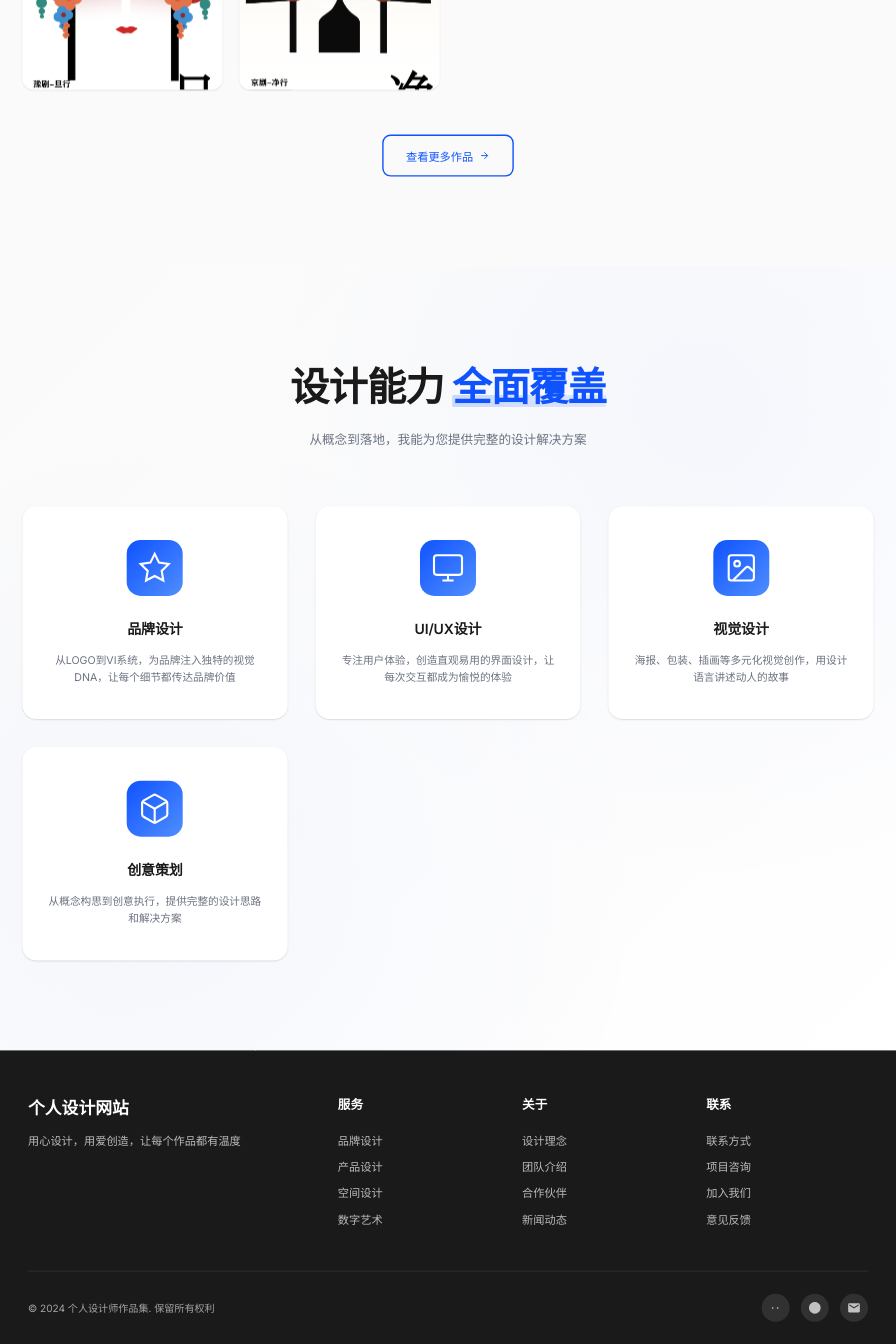
Repository: Nanzhexi/zhexi.github.io
Page: index.html
These files come from the project's save history. The page is drawn as it stood at one moment and after the next save; the edit follows.
The browser window is 1280 px wide. The pictures show the part of the page from y = 1866 to 3786 px (the page is 3786 px tall), at 70% of full size.

Above is the page before, as saved 2025-07-03 04:00:59.

### index.html
<!DOCTYPE html>
<html lang="zh-CN">
<head>
    <meta charset="UTF-8">
    <meta name="viewport" content="width=device-width, initial-scale=1.0">
    <title>个人设计师作品集</title>
    <link rel="stylesheet" href="./css/index.css">
    <link rel="preconnect" href="https://fonts.googleapis.com">
    <link rel="preconnect" href="https://fonts.gstatic.com" crossorigin>
    <link href="https://fonts.googleapis.com/css2?family=Inter:wght@300;400;500;600;700&display=swap" rel="stylesheet">
</head>

<body>
    <nav class="navbar">
        <div class="nav-brand">个人设计网站</div>
        <div class="nav-links">
            <a href="index.html" class="nav-link active">首页</a>
            <a href="portfolio.html" class="nav-link">作品</a>
            <a href="about.html" class="nav-link">关于我们</a>
        </div>
    </nav>

    <main id="hero" class="hero">
        <div class="hero-content">
            <h1 class="hero-title">
                我是<span class="highlight">视觉设计师</span><br>
                创造有温度的设计
            </h1>
            <p class="hero-subtitle">
                专注品牌视觉、UI/UX设计与创意表达，用设计连接人与美好
            </p>
            <button class="cta-button" onclick="document.getElementById('portfolio').scrollIntoView({behavior: 'smooth'})">
                查看作品
                <svg width="16" height="16" viewBox="0 0 24 24" fill="none" stroke="currentColor" stroke-width="2">
                    <path d="M5 12h14M12 5l7 7-7 7"/>
                </svg>
            </button>
        </div>
    </main>

    <section id="portfolio" class="portfolio">
        <div class="portfolio-content">
            <h2 class="portfolio-title">我的作品</h2>
            <p class="portfolio-subtitle">每一个项目都承载着我对设计的理解与热爱</p>

            <div class="portfolio-grid">
                <div class="portfolio-item large">
                    <img src="./images/1.png" alt="设计作品1" loading="lazy">
                    <div class="portfolio-overlay">
                        <div class="portfolio-info">
                            <h3>品牌视觉设计</h3>
                            <p>创意海报设计</p>
                        </div>
                    </div>
                </div>

                <div class="portfolio-item">
                    <img src="./images/2.jpg" alt="设计作品2" loading="lazy">
                    <div class="portfolio-overlay">
                        <div class="portfolio-info">
                            <h3>产品包装</h3>
                            <p>时尚配饰设计</p>
                        </div>
                    </div>
                </div>

                <div class="portfolio-item">
                    <img src="./images/3.jpg" alt="设计作品3" loading="lazy">
                    <div class="portfolio-overlay">
                        <div class="portfolio-info">
                            <h3>陶瓷艺术</h3>
                            <p>传统工艺现代化</p>
                        </div>
                    </div>
                </div>

                <div class="portfolio-item">
                    <img src="./images/4.jpg" alt="设计作品4" loading="lazy">
                    <div class="portfolio-overlay">
                        <div class="portfolio-info">
                            <h3>品牌形象</h3>
                            <p>可爱IP设计</p>
                        </div>
                    </div>
                </div>

                <div class="portfolio-item">
                    <img src="./images/6.png" alt="设计作品5" loading="lazy">
                    <div class="portfolio-overlay">
                        <div class="portfolio-info">
                            <h3>空间设计</h3>
                            <p>商业空间规划</p>
                        </div>
                    </div>
                </div>

                <div class="portfolio-item">
                    <img src="./images/7.png" alt="设计作品6" loading="lazy">
                    <div class="portfolio-overlay">
                        <div class="portfolio-info">
                            <h3>餐饮品牌</h3>
                            <p>传统文化融合</p>
                        </div>
                    </div>
                </div>

                <div class="portfolio-item">
                    <img src="./images/8.png" alt="设计作品7" loading="lazy">
                    <div class="portfolio-overlay">
                        <div class="portfolio-info">
                            <h3>数字艺术</h3>
                            <p>创新视觉表达</p>
                        </div>
                    </div>
                </div>
            </div>

            <button class="portfolio-button">
                查看更多作品
                <svg width="16" height="16" viewBox="0 0 24 24" fill="none" stroke="currentColor" stroke-width="2">
                    <path d="M5 12h14M12 5l7 7-7 7"/>
                </svg>
            </button>
        </div>
    </section>

    <!-- Services Section -->
    <section id="services" class="services">
        <div class="services-content">
            <div class="services-header">
                <h2 class="services-title">设计能力 <span class="highlight">全面覆盖</span></h2>
                <p class="services-subtitle">从概念到落地，我能为您提供完整的设计解决方案</p>
            </div>

            <div class="services-grid">
                <div class="service-card">
                    <div class="service-icon">
                        <svg width="48" height="48" viewBox="0 0 24 24" fill="none" stroke="currentColor" stroke-width="1.5">
                            <path d="M12 2l3.09 6.26L22 9.27l-5 4.87 1.18 6.88L12 17.77l-6.18 3.25L7 14.14 2 9.27l6.91-1.01L12 2z"/>
                        </svg>
                    </div>
                    <h3 class="service-title">品牌设计</h3>
                    <p class="service-description">从LOGO到VI系统，为品牌注入独特的视觉DNA，让每个细节都传达品牌价值</p>
                </div>

                <div class="service-card">
                    <div class="service-icon">
                        <svg width="48" height="48" viewBox="0 0 24 24" fill="none" stroke="currentColor" stroke-width="1.5">
                            <rect x="2" y="3" width="20" height="14" rx="2" ry="2"/>
                            <line x1="8" y1="21" x2="16" y2="21"/>
                            <line x1="12" y1="17" x2="12" y2="21"/>
                        </svg>
                    </div>
                    <h3 class="service-title">UI/UX设计</h3>
                    <p class="service-description">专注用户体验，创造直观易用的界面设计，让每次交互都成为愉悦的体验</p>
                </div>

                <div class="service-card">
                    <div class="service-icon">
                        <svg width="48" height="48" viewBox="0 0 24 24" fill="none" stroke="currentColor" stroke-width="1.5">
                            <rect x="3" y="3" width="18" height="18" rx="2" ry="2"/>
                            <circle cx="9" cy="9" r="2"/>
                            <path d="M21 15l-3.086-3.086a2 2 0 0 0-2.828 0L6 21"/>
                        </svg>
                    </div>
                    <h3 class="service-title">视觉设计</h3>
                    <p class="service-description">海报、包装、插画等多元化视觉创作，用设计语言讲述动人的故事</p>
                </div>

                <div class="service-card">
                    <div class="service-icon">
                        <svg width="48" height="48" viewBox="0 0 24 24" fill="none" stroke="currentColor" stroke-width="1.5">
                            <path d="M21 16V8a2 2 0 0 0-1-1.73l-7-4a2 2 0 0 0-2 0l-7 4A2 2 0 0 0 3 8v8a2 2 0 0 0 1 1.73l7 4a2 2 0 0 0 2 0l7-4A2 2 0 0 0 21 16z"/>
                            <polyline points="3.27,6.96 12,12.01 20.73,6.96"/>
                            <line x1="12" y1="22.08" x2="12" y2="12"/>
                        </svg>
                    </div>
                    <h3 class="service-title">创意策划</h3>
                    <p class="service-description">从概念构思到创意执行，提供完整的设计思路和解决方案</p>
                </div>
            </div>
        </div>
    </section>



    <!-- Footer -->
    <footer class="footer">
        <div class="footer-content">
            <div class="footer-left">
                <div class="footer-brand">个人设计网站</div>
                <p>用心设计，用爱创造，让每个作品都有温度</p>
            </div>

            <div class="footer-links">
                <div class="footer-column">
                    <h4>服务</h4>
                    <a href="#">品牌设计</a>
                    <a href="#">产品设计</a>
                    <a href="#">空间设计</a>
                    <a href="#">数字艺术</a>
                </div>

                <div class="footer-column">
                    <h4>关于</h4>
                    <a href="#">设计理念</a>
                    <a href="#">团队介绍</a>
                    <a href="#">合作伙伴</a>
                    <a href="#">新闻动态</a>
                </div>

                <div class="footer-column">
                    <h4>联系</h4>
                    <a href="#">联系方式</a>
                    <a href="#">项目咨询</a>
                    <a href="#">加入我们</a>
                    <a href="#">意见反馈</a>
                </div>
            </div>
        </div>

        <div class="footer-bottom">
            <p>&copy; 2024 个人设计师作品集. 保留所有权利</p>
            <div class="social-links">
                <a href="#" aria-label="微信">
                    <svg width="20" height="20" viewBox="0 0 24 24" fill="currentColor">
                        <path d="M8.5 12.5c0 .8-.7 1.5-1.5 1.5s-1.5-.7-1.5-1.5.7-1.5 1.5-1.5 1.5.7 1.5 1.5zm7-1.5c-.8 0-1.5.7-1.5 1.5s.7 1.5 1.5 1.5 1.5-.7 1.5-1.5-.7-1.5-1.5-1.5z"/>
                    </svg>
                </a>
                <a href="#" aria-label="微博">
                    <svg width="20" height="20" viewBox="0 0 24 24" fill="currentColor">
                        <path d="M12 2C6.48 2 2 6.48 2 12s4.48 10 10 10 10-4.48 10-10S17.52 2 12 2z"/>
                    </svg>
                </a>
                <a href="#" aria-label="邮箱">
                    <svg width="20" height="20" viewBox="0 0 24 24" fill="currentColor">
                        <path d="M20 4H4c-1.1 0-1.99.9-1.99 2L2 18c0 1.1.9 2 2 2h16c1.1 0 2-.9 2-2V6c0-1.1-.9-2-2-2zm0 4l-8 5-8-5V6l8 5 8-5v2z"/>
                    </svg>
                </a>
            </div>
        </div>
    </footer>

    <script>
        // 平滑滚动导航
        document.querySelectorAll('a[href^="#"]').forEach(anchor => {
            anchor.addEventListener('click', function (e) {
                e.preventDefault();
                const target = document.querySelector(this.getAttribute('href'));
                if (target) {
                    target.scrollIntoView({
                        behavior: 'smooth',
                        block: 'start'
                    });
                }
            });
        });

        // 导航栏滚动效果和活动状态
        window.addEventListener('scroll', () => {
            const navbar = document.querySelector('.navbar');
            const sections = document.querySelectorAll('section, main');
            const navLinks = document.querySelectorAll('.nav-link');

            // 导航栏背景效果
            if (window.scrollY > 50) {
                navbar.classList.add('scrolled');
            } else {
                navbar.classList.remove('scrolled');
            }

            // 活动状态
            let current = '';
            sections.forEach(section => {
                const sectionTop = section.offsetTop;
                const sectionHeight = section.clientHeight;
                if (scrollY >= (sectionTop - 200)) {
                    current = section.getAttribute('id');
                }
            });

            navLinks.forEach(link => {
                link.classList.remove('active');
                if (link.getAttribute('href') === `#${current}`) {
                    link.classList.add('active');
                }
            });
        });


    </script>
</body>
</html>

Loaded but not shown: css/index.css (945 lines, source omitted)

After the next save:
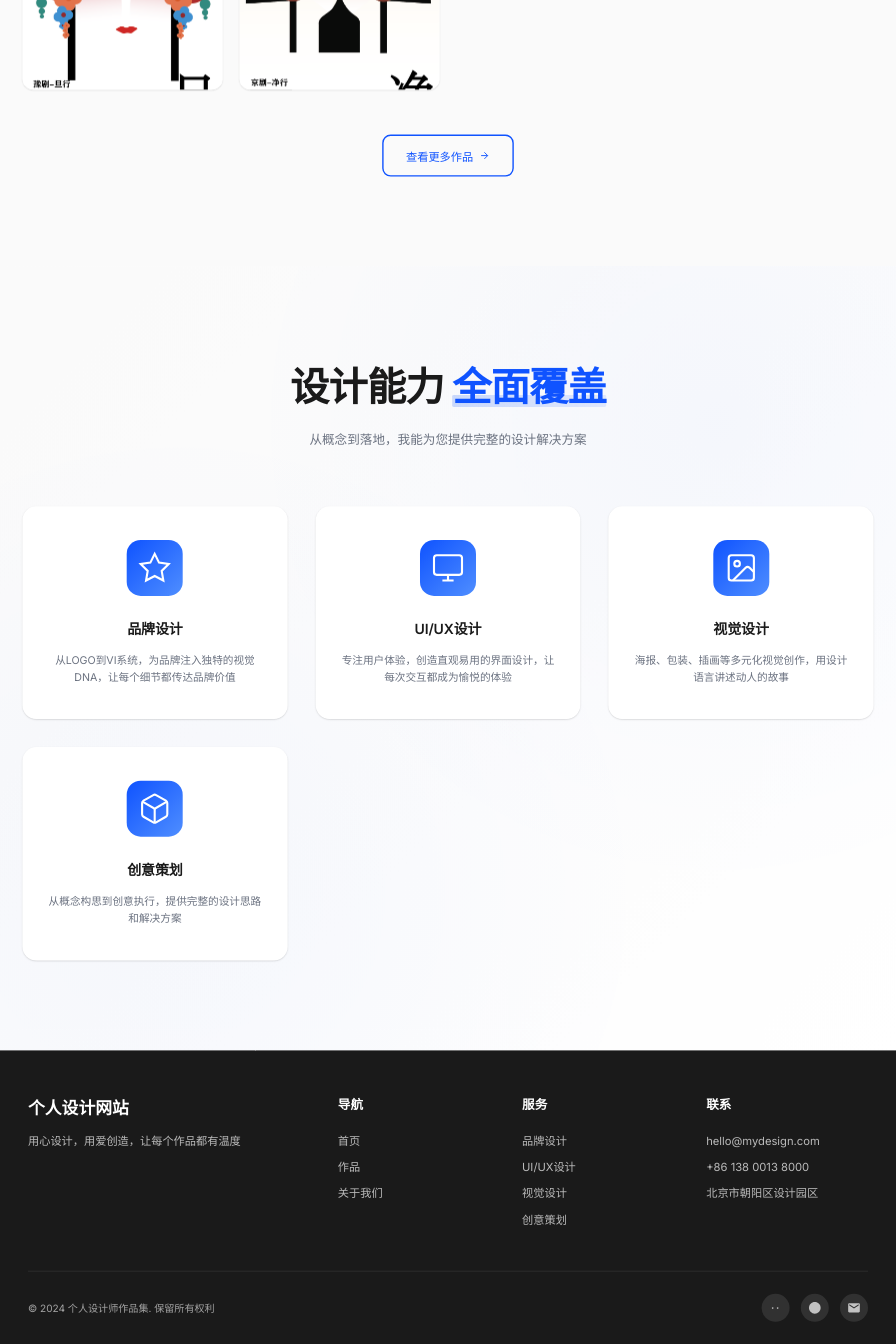
Saved 17 s later.
--- a/index.html
+++ b/index.html
@@ -194,27 +194,25 @@
 
             <div class="footer-links">
                 <div class="footer-column">
+                    <h4>导航</h4>
+                    <a href="index.html">首页</a>
+                    <a href="portfolio.html">作品</a>
+                    <a href="about.html">关于我们</a>
+                </div>
+
+                <div class="footer-column">
                     <h4>服务</h4>
                     <a href="#">品牌设计</a>
-                    <a href="#">产品设计</a>
-                    <a href="#">空间设计</a>
-                    <a href="#">数字艺术</a>
-                </div>
-
-                <div class="footer-column">
-                    <h4>关于</h4>
-                    <a href="#">设计理念</a>
-                    <a href="#">团队介绍</a>
-                    <a href="#">合作伙伴</a>
-                    <a href="#">新闻动态</a>
+                    <a href="#">UI/UX设计</a>
+                    <a href="#">视觉设计</a>
+                    <a href="#">创意策划</a>
                 </div>
 
                 <div class="footer-column">
                     <h4>联系</h4>
-                    <a href="#">联系方式</a>
-                    <a href="#">项目咨询</a>
-                    <a href="#">加入我们</a>
-                    <a href="#">意见反馈</a>
+                    <a href="#">hello@mydesign.com</a>
+                    <a href="#">+86 138 0013 8000</a>
+                    <a href="#">北京市朝阳区设计园区</a>
                 </div>
             </div>
         </div>
